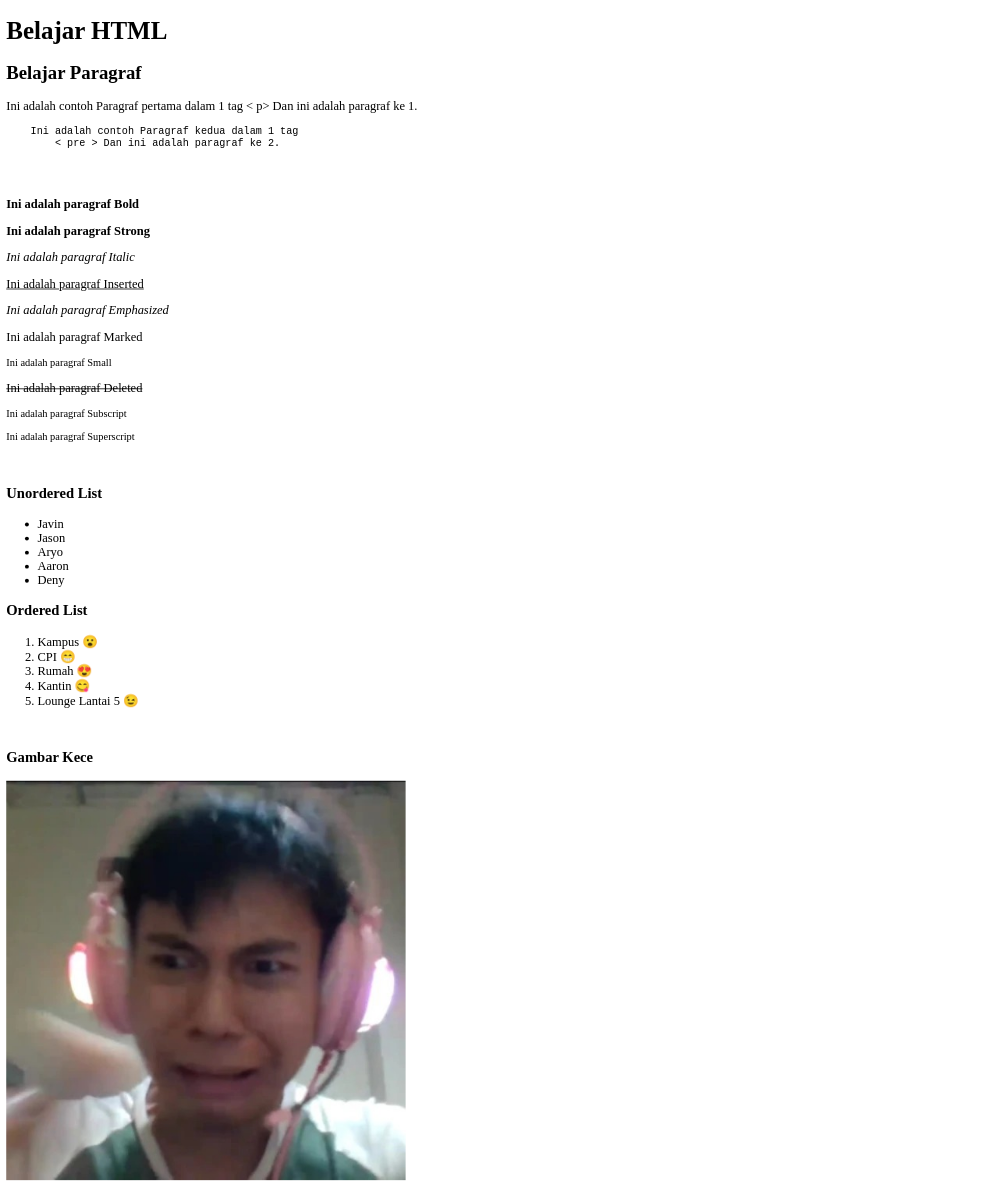
Repository: Gibekkk/WebPro
Page: Tugas HTML 1/index.html
These files come from the project's save history. The page is drawn as it stood at one moment and after a run of saves; the edit follows.
The browser window is 1280 px wide. The pictures show the whole page, at 78% of full size.

Above is the page before, as saved 2024-03-25 10:24:13.

### Tugas HTML 1/index.html
<!DOCTYPE html>
<html lang="en">

<head>
    <meta charset="UTF-8">
    <meta name="viewport" content="width=device-width, initial-scale=1.0">
    <title>Document</title>
</head>

<body style="background-image: javin.jpg;">
    <h1>Belajar HTML</h1>
    <h2>Belajar Paragraf</h2>
    <p>Ini adalah contoh Paragraf pertama dalam 1 tag
        < p> Dan ini adalah paragraf ke 1.</p>
    <pre>
    Ini adalah contoh Paragraf kedua dalam 1 tag
        < pre > Dan ini adalah paragraf ke 2.
    </pre>
    <br>

    <b>
        <p>Ini adalah paragraf Bold</p>
    </b>
    <strong>
    <p>Ini adalah paragraf Strong</p>
    </strong>
    <i>
    <p>Ini adalah paragraf Italic</p>
    </i>
    <ins>
    <p>Ini adalah paragraf Inserted</p>
    </ins>
    <em>
    <p>Ini adalah paragraf Emphasized</p>
    </em>
    <mark>
        <p>Ini adalah paragraf Marked</p>
    </mark>
    <small>
        <p>Ini adalah paragraf Small</p>
    </small>
    <del>
        <p>Ini adalah paragraf Deleted</p>
    </del>
    <sub>
        <p>Ini adalah paragraf Subscript</p>
    </sub>
    <sup>
        <p>Ini adalah paragraf Superscript</p>
    </sup>
    <br>

    <h3>Unordered List</h3>
    <ul>
        <li>Javin</li>
        <li>Jason</li>
        <li>Aryo</li>
        <li>Aaron</li>
        <li>Deny</li>
    </ul>

    <h3>Ordered List</h3>
    <ol>
        <li>Kampus 😮</li>
        <li>CPI 😁</li>
        <li>Rumah 😍</li>
        <li>Kantin 😋</li>
        <li>Lounge Lantai 5 😉</li>
    </ol>
    <br>
    <h3>Gambar Kece</h3>
    <img src="javin.jpg" alt="Javin" title="Javin">
</body>

</html>

After the next 2 saves:
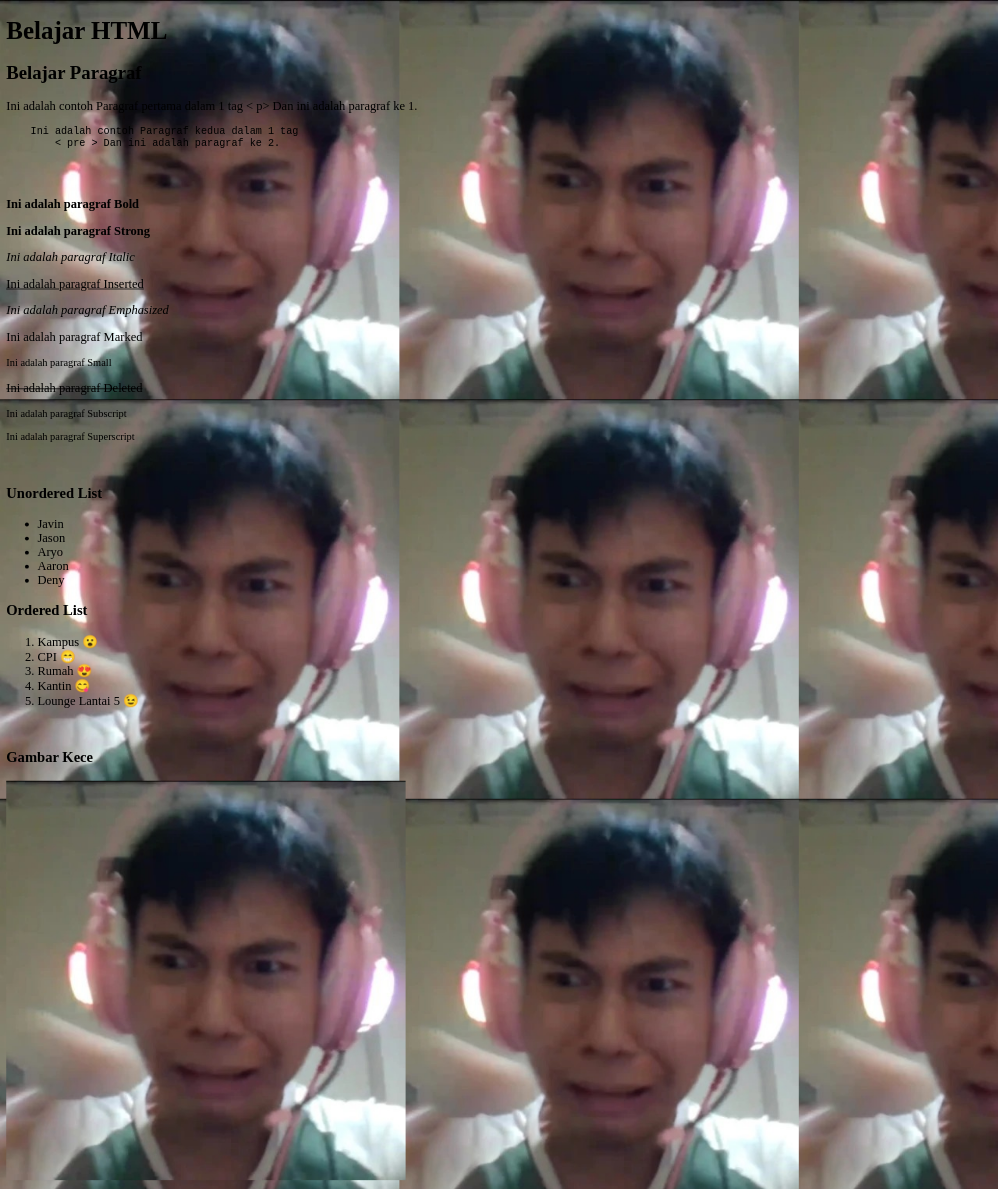
The 2 saves are shown as one change because they came seconds apart.
The last was saved 14 s later.
--- a/Tugas HTML 1/index.html
+++ b/Tugas HTML 1/index.html
@@ -7,7 +7,7 @@
     <title>Document</title>
 </head>
 
-<body style="background-image: javin.jpg;">
+<body style="background-image: url(javin.jpg);">
     <h1>Belajar HTML</h1>
     <h2>Belajar Paragraf</h2>
     <p>Ini adalah contoh Paragraf pertama dalam 1 tag
